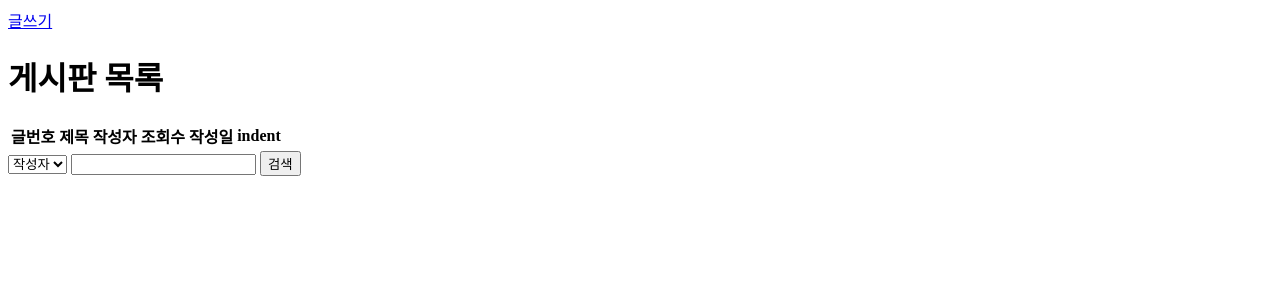
Repository: rmh6363/javastudy
Page: http://localhost/MyBoard/search.jsp
The author's editor kept a copy of each file at every save. The page is drawn from the files as they stood at one save, then again after the next save.
The browser window is 1280 px wide. The pictures show the whole page.
The page is served by Tomcat 9.

Above is the page before, as saved 2021-01-05 05:37:18.

After the next save:
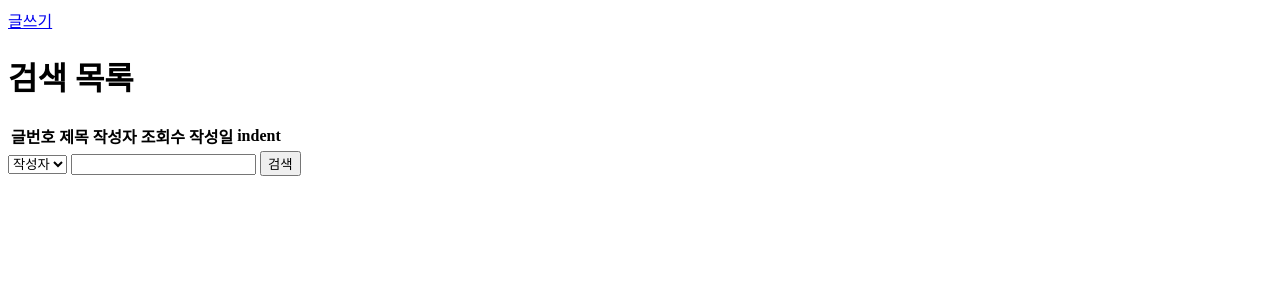
Saved 103 s later.
--- a/MyBoard/WebContent/search.jsp
+++ b/MyBoard/WebContent/search.jsp
@@ -7,12 +7,12 @@
 <html>
 <head>
 <meta charset="UTF-8">
-<title>게시판 목록</title>
+<title>검색 목록</title>
 <script src="https://ajax.googleapis.com/ajax/libs/jquery/3.5.1/jquery.min.js"></script>
 </head>
 <body>
 <a href="insertui.do">글쓰기</a>
-<h1>게시판 목록</h1>
+<h1>검색 목록</h1>
 <table>
 <thead>
 	<tr>
